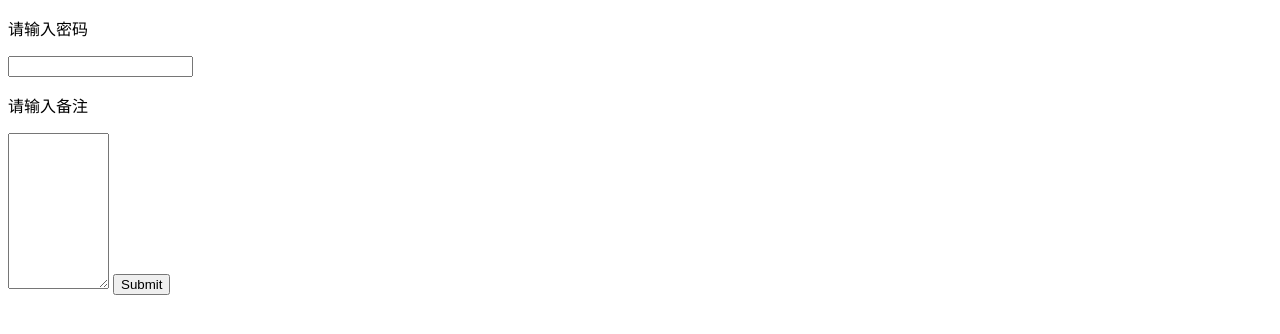
Repository: xienezheng/javaPractice
Page: javaweb/Calculate/WebContent/add.html
An editor plug-in stored every save of this project. The page is shown before and after the next save, followed by the edit.
The browser window is 1280 px wide. The pictures show the whole page.

Above is the page before, as saved 2017-04-21 01:34:02.

After the next save:
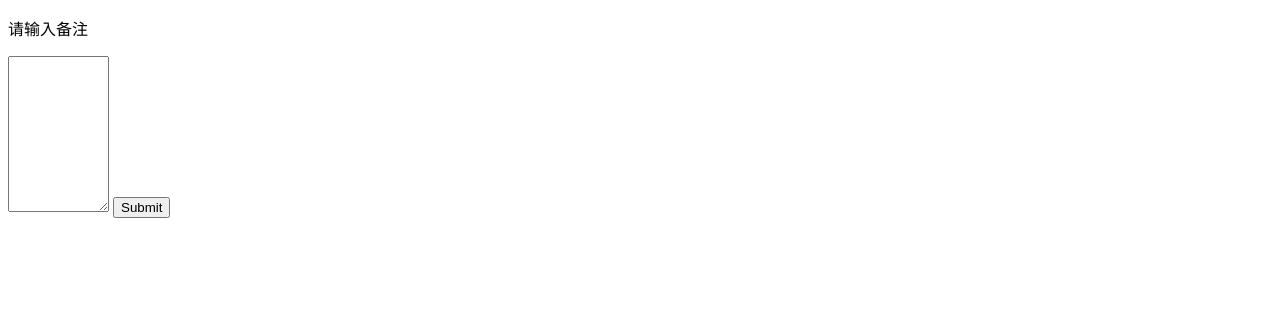
Saved 83 s later.
--- a/javaweb/Calculate/WebContent/add.html
+++ b/javaweb/Calculate/WebContent/add.html
@@ -6,8 +6,7 @@
 </head>
 <body>
 <form action="add.jsp"method="post">
-<p>请输入密码</p>
-<input type="password"name="password">
+
 <p>请输入备注</p>
 <textarea name="mm" cols="10"rows="10">
 
